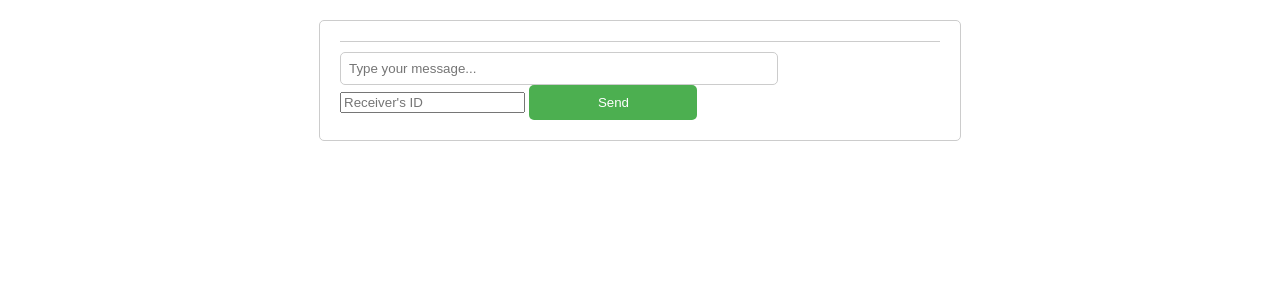
Repository: KanmegneTabouguie/realtimechat
Page: public/index.html
An editor plug-in stored every save of this project. The page is shown before and after the next save, followed by the edit.
The browser window is 1280 px wide. The pictures show the whole page.
The page's requests for data from a server got no answer. Some web libraries are served in a nearby version.

Above is the page before, as saved 2024-03-04 14:57:43.

### public/index.html
<!DOCTYPE html>
<html lang="en">
<head>
  <meta charset="UTF-8">
  <meta name="viewport" content="width=device-width, initial-scale=1.0">
  <title>Real-Time Chat App</title>
  <link rel="stylesheet" href="./style.css">
  <script src="https://code.jquery.com/jquery-3.6.4.min.js"></script>
</head>
<body>
  <div id="chat-container">
    <div id="chat-messages"></div>
    <input type="text" id="message-input" placeholder="Type your message...">
    <input type="text" id="receiver-id" placeholder="Receiver's ID"> <!-- Add a field for the receiver's ID -->
    <button id="send-button">Send</button>
  </div>
  <script src="https://cdnjs.cloudflare.com/ajax/libs/socket.io/4.0.0/socket.io.js"></script>
  <script src="./script.js"></script>
</body>
</html>

### public/style.css
/* style.css */

body {
    font-family: Arial, sans-serif;
    margin: 0;
    padding: 0;
  }

  #chat-container {
    max-width: 600px;
    margin: 20px auto;
    padding: 20px;
    border: 1px solid #ccc;
    border-radius: 5px;
  }

  #chat-messages {
    max-height: 300px;
    overflow-y: auto;
    border-bottom: 1px solid #ccc;
    margin-bottom: 10px;
  }

  #message-input {
    width: 70%;
    padding: 8px;
    border: 1px solid #ccc;
    border-radius: 5px;
  }

  #send-button {
    width: 28%;
    padding: 10px;
    background-color: #4CAF50;
    color: white;
    border: none;
    border-radius: 5px;
    cursor: pointer;
  }

  #send-button:hover {
    background-color: #45a049;
  }

### public/script.js
// script.js

$(document).ready(function () {
    const socket = io();

    // Function to append messages to the chat window
    function appendMessage(sender, message) {
      $('#chat-messages').append(`<p><strong>${sender}:</strong> ${message}</p>`);
    }

    // Listen for 'chat message' events from the server
    socket.on('chat message', function (data) {
      appendMessage(data.senderId, data.message);
    });

    // Listen for 'private message' events from the server
    socket.on('private message', function (data) {
      appendMessage(`Private message from ${data.senderId}`, data.message);
    });

    // Listen for 'chat message sent' events from the server
    socket.on('chat message sent', function (data) {
      // Handle additional actions based on the successful sending of a chat message
      console.log(`Chat message successfully sent to ${data.receiverId}`);
    });

    // Listen for 'private message sent' events from the server
    socket.on('private message sent', function (data) {
      // Handle additional actions based on the successful sending of a private message
      console.log(`Private message successfully sent to ${data.receiverId}`);
    });

    // Handle click event on the send button
    $('#send-button').click(function () {
      const messageInput = $('#message-input');
      const message = messageInput.val().trim();

      if (message !== '') {
        // Replace 'receiverId' with the actual receiver's socket.id
        const receiverId = 'receiverId';

        // Emit a 'chat message' event to the server
        socket.emit('chat message', { senderId: socket.id, receiverId, message });

        // Clear the message input field
        messageInput.val('');
      }
    });
  });

After the next save:
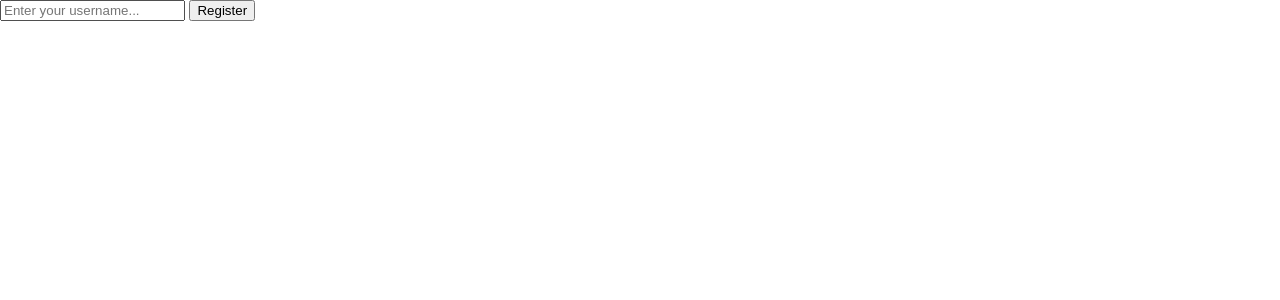
Saved 25 s later.
--- a/public/index.html
+++ b/public/index.html
@@ -1,20 +1,27 @@
+<!-- index.html -->
+
 <!DOCTYPE html>
 <html lang="en">
 <head>
   <meta charset="UTF-8">
   <meta name="viewport" content="width=device-width, initial-scale=1.0">
   <title>Real-Time Chat App</title>
-  <link rel="stylesheet" href="./style.css">
+  <link rel="stylesheet" href="style.css">
   <script src="https://code.jquery.com/jquery-3.6.4.min.js"></script>
 </head>
 <body>
-  <div id="chat-container">
+  <div id="username-container">
+    <input type="text" id="username-input" placeholder="Enter your username...">
+    <button id="register-button">Register</button>
+  </div>
+
+  <div id="chat-container" style="display:none;">
     <div id="chat-messages"></div>
     <input type="text" id="message-input" placeholder="Type your message...">
-    <input type="text" id="receiver-id" placeholder="Receiver's ID"> <!-- Add a field for the receiver's ID -->
     <button id="send-button">Send</button>
   </div>
+
   <script src="https://cdnjs.cloudflare.com/ajax/libs/socket.io/4.0.0/socket.io.js"></script>
-  <script src="./script.js"></script>
+  <script src="script.js"></script>
 </body>
 </html>
